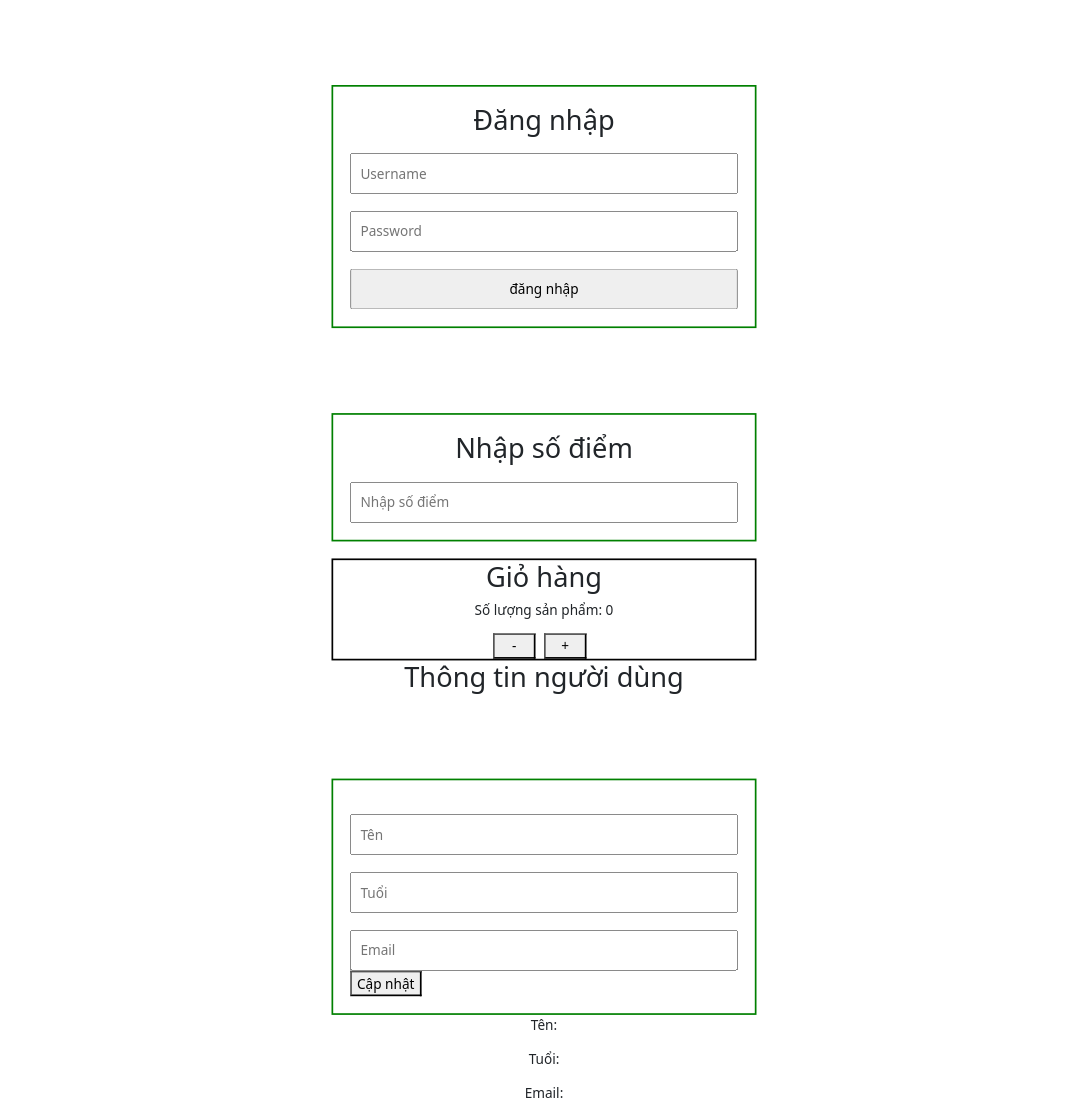
Repository: Phong-poor/frontendframework
Page: / (app in vue-lab-asm/)
These files come from the project's save history. The page is drawn as it stood at one moment and after a run of saves; the edit follows.
The browser window is 1280 px wide. The pictures show the whole page, at 85% of full size.
The project was rebuilt for these pictures with package versions that can differ from the ones it lists, and the page was loaded fresh each time. Also part of the build but not shown: vue-lab-asm/vite.config.js, vue-lab-asm/src/components/Lab1.vue, vue-lab-asm/src/components/product.vue, vue-lab-asm/src/components/Dangnhap.vue, vue-lab-asm/src/components/NotFound.vue, vue-lab-asm/src/components/Dangky.vue, vue-lab-asm/src/components/admin.vue, vue-lab-asm/src/components/admin-category.vue.

Above is the page before, as saved 2025-10-07 18:53:49.

After the next 2 saves:
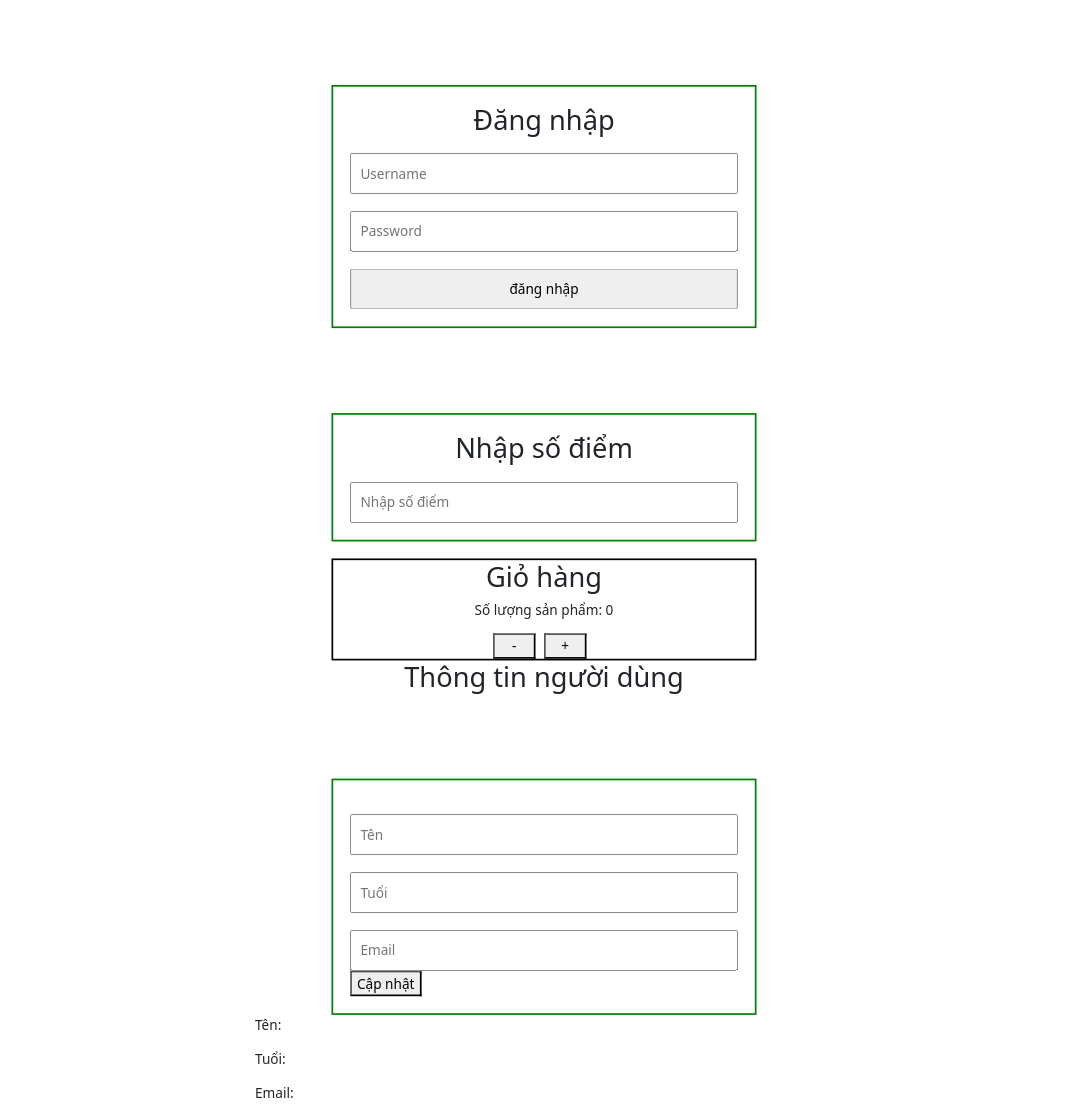
The 2 saves are shown as one change because they came seconds apart.
The last was saved 9 s later.
--- a/vue-lab-asm/src/components/Lab2.vue
+++ b/vue-lab-asm/src/components/Lab2.vue
@@ -155,6 +155,6 @@ form h2{
     text-align: center;
 }
 .thongtinnguoidung .thongtin{
-    text-align: center;
+    margin-left: 300px;
 }
 </style>
